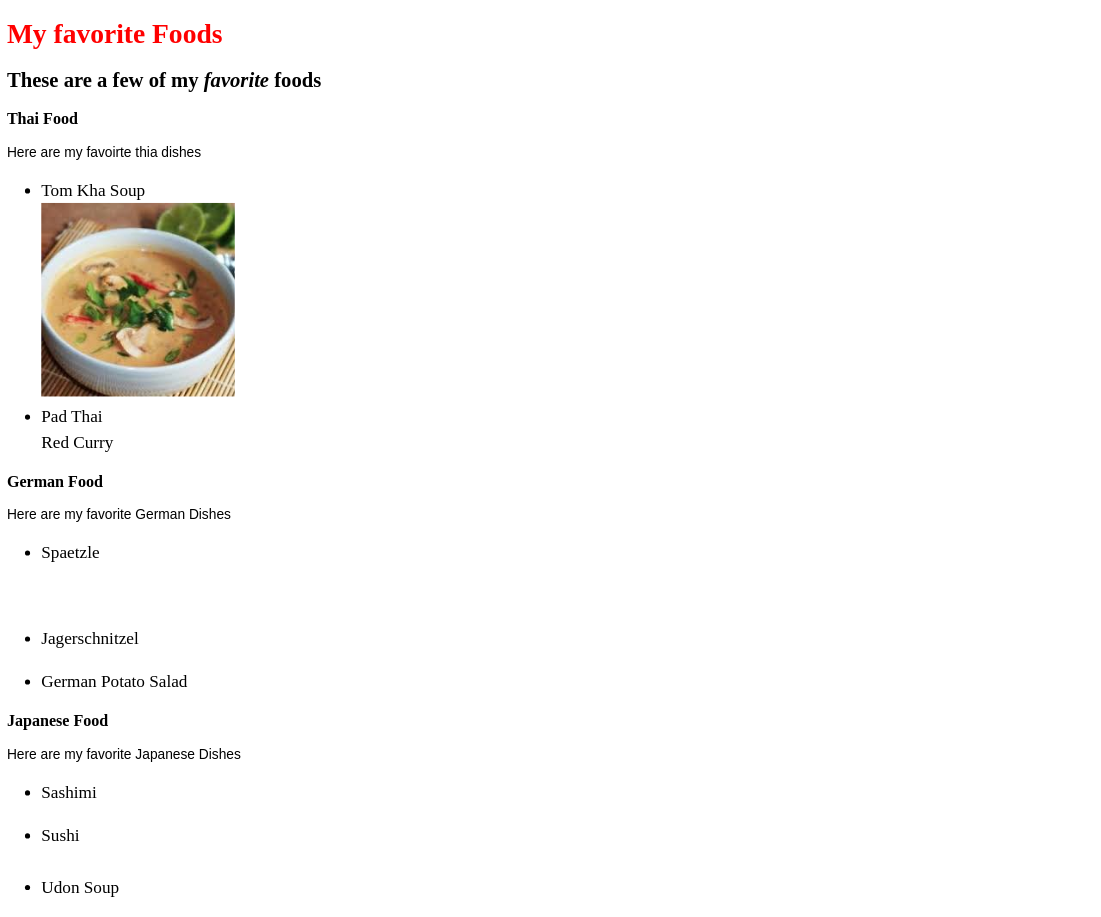
Repository: fieldceleste/my-first-webpage
Page: my-favorite-foods.html
These files come from the project's save history. The page is drawn as it stood at one moment and after the next save; the edit follows.
The browser window is 1280 px wide. The pictures show the whole page, at 86% of full size.

Above is the page before, as saved 2019-10-24 20:19:19.

### my-favorite-foods.html
<!DOCTYPE html>
<html>
  <head>
   <title>Celeste's Favorite Foods</title>
  </head>
     <link href="css/styles.css" rel="stylesheet" type="text/css"
  <body>

    <h1>My favorite Foods</h1>
    <h2>These are a few of my <em>favorite</em> foods</h2>

    <h3><strong>Thai Food</strong></h3>
    <p>Here are my favoirte thia dishes</p>
      <ul>
        <li>Tom Kha Soup</li> <img src="img/tomkha.jpeg" alt="picture of tom kha soup">
        <li>Pad Thai</li>
        <l1>Red Curry</l1>
      </ul>
    <h3><strong>German Food</strong></h3>
    <p>Here are my favorite German Dishes</p>
      <ul>
           <li>Spaetzle</li><p><img src="" alt=""></p>
           <li>Jagerschnitzel</li> <p> <a href=></a></p>
           <li>German Potato Salad</li>
      </ul>

    <h3><strong>Japanese Food</strong></h3>
    <p>Here are my favorite Japanese Dishes</p>
    <ul>
      <li>Sashimi</li><p> <a href=></a></p>
      <li>Sushi</li><img src="" alt="">
      <li>Udon Soup</li>
      </ul>
    </p>
  </body>
</html>

### css/styles.css
h1 {
    color:red;
}

h2 {
    font-style: italic
    text-align: center;
}

p{ font-family: sans-serif;

}

ul {
    font-size: 20px;
    line-height: 30px;
}

After the next save:
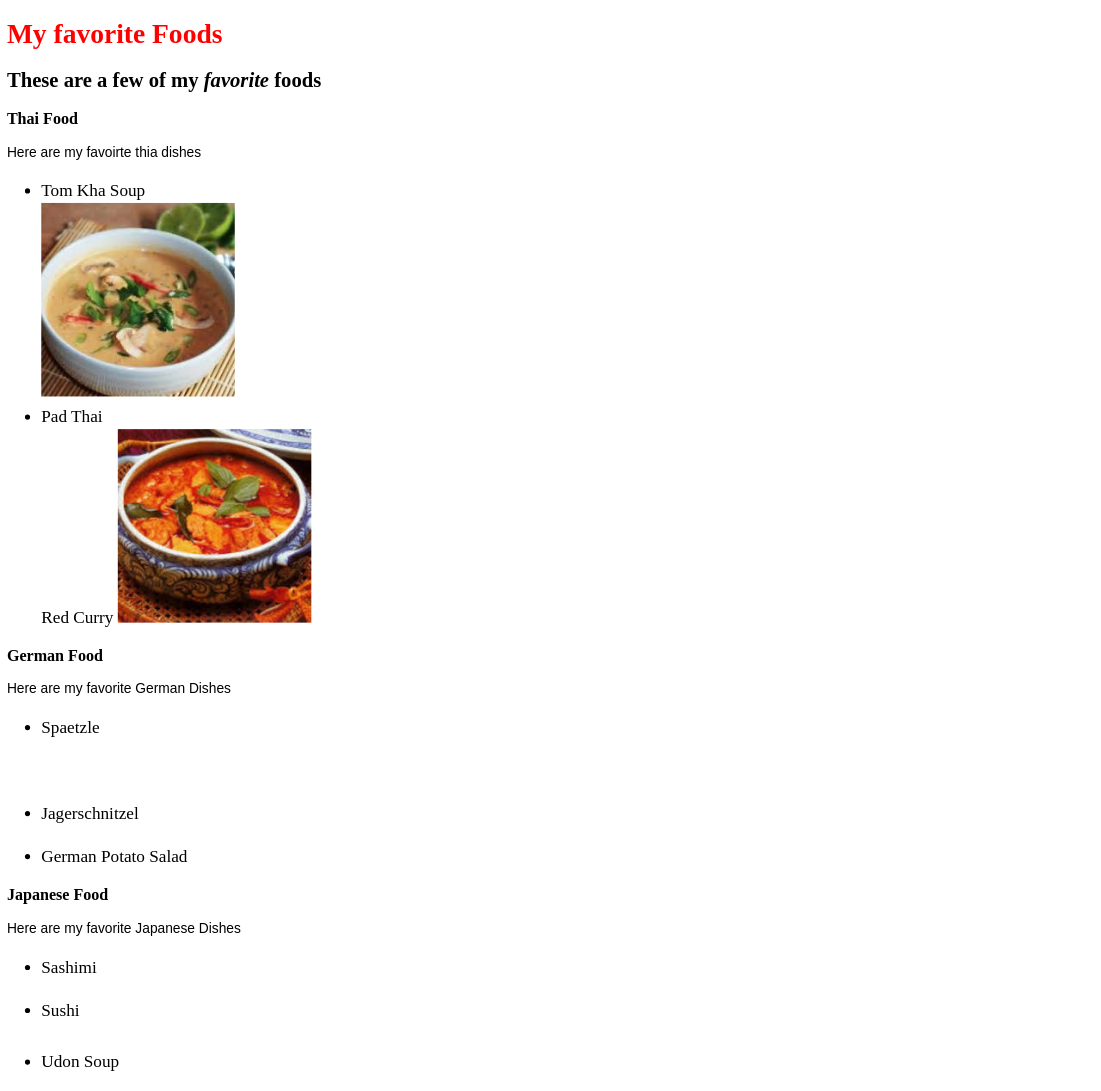
Saved 5 min 31 s later.
--- a/my-favorite-foods.html
+++ b/my-favorite-foods.html
@@ -12,9 +12,11 @@
     <h3><strong>Thai Food</strong></h3>
     <p>Here are my favoirte thia dishes</p>
       <ul>
-        <li>Tom Kha Soup</li> <img src="img/tomkha.jpeg" alt="picture of tom kha soup">
+        <li>Tom Kha Soup</li>
+        <img src="img/tomkha.jpeg" alt="picture of tom kha soup">
         <li>Pad Thai</li>
         <l1>Red Curry</l1>
+        <img src="img/redcurry.jpeg" alt="picture of red curry">
       </ul>
     <h3><strong>German Food</strong></h3>
     <p>Here are my favorite German Dishes</p>
